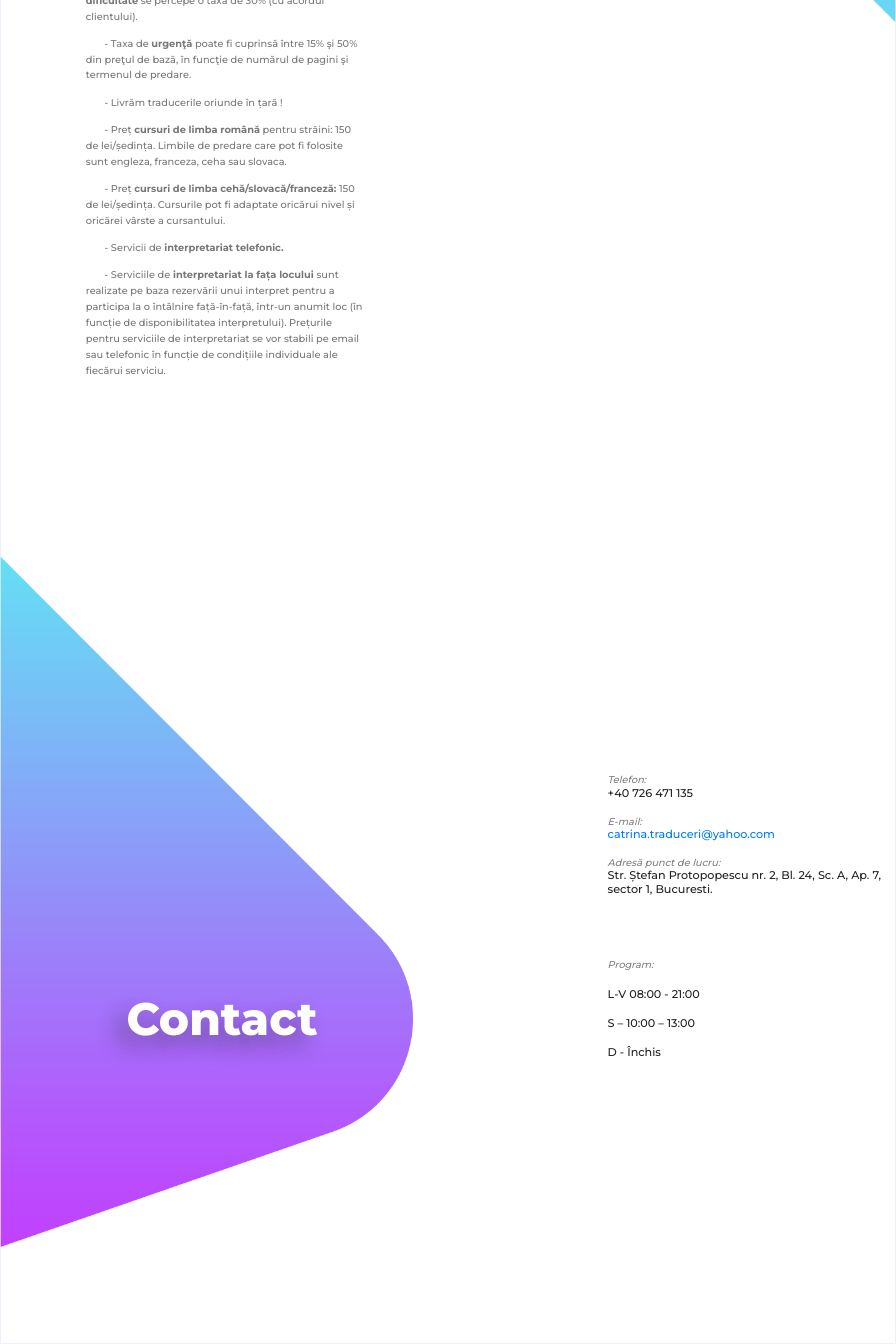
Repository: roscaImarius/site_traduceri
Page: index.html
The author's editor kept a copy of each file at every save. The page is drawn from the files as they stood at one save, then again after the next save.
The browser window is 1280 px wide. The pictures show the part of the page from y = 4490 to 6410 px (the page is 6410 px tall), at 70% of full size.

Above is the page before, as saved 2022-03-22 03:49:51.

### index.html
<!DOCTYPE html>
<html lang="en" class="no-js">
  <head>
    <meta
      name="viewport"
      content="width=device-width, initial-scale=1, shrink-to-fit=no"
    />
    <meta name="author" content="CodePixar" />
    <meta name="description" content="" />
    <meta name="keywords" content="" />
    <meta charset="UTF-8" />

    <title>Traduceri</title>
     <link rel="shortcut icon" href="img/favicon.png">
    <link
      href="https://fonts.googleapis.com/css?family=Montserrat:500,600,700,800,900"
      rel="stylesheet"
    />
    <link
      href="https://fonts.googleapis.com/css?family=Open+Sans:400,600"
      rel="stylesheet"
    />
    <!-- ===========================================
		CSS Files
    ============================================= -->
    <link rel="stylesheet" href="css/font-awesome.min.css" />
    <link rel="stylesheet" href="css/bootstrap.css" />
    <link rel="stylesheet" href="css/main.css" />
  </head>

  <body class="version5" id="top">
    <div class="se-pre-con"></div>

    <!--================ Start Banner Area =================-->
    <section class="home-area" id="home">
      <div class="banner-area relative">
        <div class="container-fluid">
          <div class="row justify-content-center height align-items-center">
            <div class="col-lg-5 col-md-6 col-sm-12">
              <div class="banner-img">
                <img class="img-fluid" src="img/logo.svg" alt="" />
              </div>
            </div>
            <div class="col-lg-5 col-md-6 col-sm-12">
              <div class="banner-content text-right">
                <!-- <h4 class="mb-30 hello text-uppercase text-white">
                  Salut, noi suntem
                </h4> -->
                <h1 class="name">Catrina Traduceri</h1>
                <p class="mt-5 h6 pHome dark">
                  Ne numărăm printre foarte puținii traducători autorizați de
                  Ministerul Justiției din România pentru traduceri din limbile
                  slave, de nisă: cehă, slovacă și ucraineană.
                </p>
              </div>
            </div>
          </div>
        </div>
      </div>
    </section>
    <!--================Header Menu Area =================-->
    <header class="header_area" id="header5">
      <div class="main_menu">
        <nav class="navbar navbar-expand-lg">
          <div class="container-fluid">
            <!-- Brand and toggle get grouped for better mobile display -->
            <a class="navbar-brand logo_h" href="index.html"
              ><img class="logoo" src="img/logo.png" alt=""
            /></a>
            <button
              class="navbar-toggler"
              type="button"
              data-toggle="collapse"
              data-target="#navbarSupportedContent"
              aria-controls="navbarSupportedContent"
              aria-expanded="false"
              aria-label="Toggle navigation"
            >
              <i class="fas fa-bars"></i>
            </button>
            <!-- Collect the nav links, forms, and other content for toggling -->
            <div
              class="collapse navbar-collapse offset"
              id="navbarSupportedContent"
            >
              <ul class="nav navbar-nav menu_nav ml-auto nav5">
                <li class="nav-item active5">
                  <a class="nav-link" href="#home" >Acasă</a>
                </li>
                <li class="nav-item">
                  <a class="nav-link" href="#about" >Despre</a>
                </li>
                <li class="nav-item">
                  <a class="nav-link" href="#educatie"  >Referințe</a>
                </li>
                <li class="nav-item">
                  <a class="nav-link" href="#portfolio" >Prețuri</a>
                </li>
                <li class="nav-item" >
                  <a class="nav-link" href="#contact" >Contact</a>
                </li>
              </ul>

              <!-- SOCIAL MEDIA -->
              <ul class="nav navbar-nav social-icons">
                <li class="nav-item">
                  <a href="https://www.facebook.com/catrina.traduceri">
                    <i class="fab fa-facebook-f"></i>
                  </a>
                </li>
                <li class="nav-item">
                  <a
                    href="https://www.linkedin.com/in/ionut-catrina-405244178/"
                  >
                    <i class="fab fa-linkedin"></i>
                  </a>
                </li>

              </ul>
            </div>
          </div>
        </nav>
      </div>
    </header>

    <!--================ Start About Area =================-->
    <section class="about-area section-gap-top-5 relative" id="about">
      <div class="container-fluid">
        <div class="row row-reverse">
             <div class="megafon"></div>
          <div class="offset-lg-2 col-lg-4 col-md-12">
            <h2 class="heading mb-40">Lucrați cu profesioniști!</h2>
            <p>
              Întreprindere de familie cu capital 100% românesc si cu o
              experiență de peste
              <span style="font-weight: bold">13 ani</span> în domeniul
              traducerilor, activăm cu pasiune, profesionalism și
              responsabilitate și vă oferim traduceri
              <span style="font-weight: bold"> autorizate și legalizate</span>
              în principal din limbi
              <span style="font-weight: bold">slave</span>: cehă, slovacă și
              ucraineană, dar și din cele mai importante limbi de circulație
              internațională: engleza și franceza. <br />
            </p>
            <p>
              Suntem absolvenți ai uneia dintre cele mai bune facultăți a
              Universității din București,<span style="font-weight: bold">
                Facultatea de Limbi și Literaturi străine</span
              >, filologi specializați în domeniul traducerilor ca urmare a
              absolvirii Masteratului de Studii Culturale Slave și Traductologie
              și a numeroase burse de specializare în țările din a căror limbă
              traducem. <br/>
            </p>
              <p>
               Avem o colaborare de lungă durată, bazată pe
               <span style="font-weight: bold">
                profesionalism și seriozitate</span>, cu Birouri Notariale, Instanțe judecătorești, organe de
              urmărire penală, avocați.
              </p>
              <p>

                   Nu ezitați să ne contactați pentru o
                 cotație de preț pentru traduceri autorizate și legalizate din
                 aceste limbi. Lucrând în familie și între prieteni, vă putem
                 garanta prețuri corecte, care ajung într-o proporție echitabilă la
                 traducătorul care le realizează și care are cea mai importantă
                 contribuție la documentul final.
              </p>

            <p>
              Oferim și: <br />
              <span style="font-weight: bold">-cursuri de limbă română</span>
              pentru străini, <br />
              <span style="font-weight: bold"
                >-cursuri de limbă cehă sau limba slovacă</span
              >
              pentru orice nivel de limbă. <br />
            </p>
            <p>
              Ne putem adapta nevoilor Dvs. și vă putem ajuta cu
              <span style="font-weight: bold">training-uri</span> de limbă cehă
              sau slovacă pentru anumite domenii sau specializări.
            </p>
          </div>

          <div class="col-lg-6 p-0 col-md-12">
            <div class="right-side">
              <h2 class="text-white right-heading">Despre</h2>
            </div>
          </div>
        </div>
      </div>
    </section>

    <!--================ Start Experience Area =================-->
    <section class="experience-area relative" id="educatie">
      <div class="container-fluid">
        <div class="row">
          <div class="col-lg-6 p-0 col-md-12">
            <div class="left-side">
              <h2 class="text-white indented cv left-heading">Referințe</h2>
            </div>
          </div>

          <div class="xpDiv col-lg-4 md-mr col-md-12">
            <h2 class="heading mb-80">Clienții noștri</h2>
            <div class="resume-content">
                 <div class="referinteDrawing"></div>
              <div class="work-exp mb-50">
                  <p>Avem o colaborare de lungă durată, bazată pe
                     profesionalism cu:
                  </p>
                  <p> - Birouri Notariale     </p>
                  <p>- Tribunale</p>
                  <p> - Poliția Română</p>
                  <p>- Numeroase birouri de traduceri și firme din toată țara.</p>

                  <!-- În urma absolvirii unui curs specializat, am obținut
                  calificarea de trainer de limba română pentru străini.
                  Experiență în domeniul Proiectelor finanțate din fonduri
                  europene (POSDRU). In perioada 1.7.2010 - 1.11.2013 am ocupat
                  pozitia de Responsabil vizite de studiu – schimb de experiență
                  în cadrul unor proiecte transnaționale (între România și
                  Republica Cehă). -->

              </div>
            </div>
          </div>
        </div>
      </div>
    </section>

    <!--================ Start PRICE Area =================-->
    <section class="price-area section-gap-top-5 relative" id="portfolio">
      <div class="container-fluid">
        <div class="row row-reverse">
          <div class="divFaraPret offset-lg-2 col-lg-4 col-md-12">
               <div class="pretDrawing"></div>
            <h2 class="heading mb-40">Servicii și prețuri</h2>
            <h6 class="mb-4">
              La noi totul este  <span style="font-weight: bold">transparent, clar</span> și pe înțelesul oamenilor! Nu
              doar traducerile și cursurile ci și prețurile!
            </h6>
            <div class="boxPreturi">
              <p>
                Traducere tipizate
                <span style="font-weight: bold">CZ/SK-RO - 45 de lei/pag.</span>
              </p>
              <p>
                Traducere documente obișnuite
                <span style="font-weight: bold">CZ/SK-RO - 50 de lei/pag.</span>
              </p>
              <p>
                Traducere documente juridice/medicale/financiare
                <span style="font-weight: bold">CZ/SK-RO - minim 60 de lei/pag.</span>
              </p>
              <p>
                Retroversiune <span style="font-weight: bold"
                  >RO-CZ/SK - de la 65 de lei.</span
                >
              </p>
              <p><span style="font-weight: bold"
                  >EN/FR - CZ/SK – de la 65 de lei.</span</p>
            </div>
            <div class="preturiInfo">
                 <div class="borderPret">

                      <i><h4 class="mt-5"><b>!!</b></h4></i>
                      <ul style='text-indent: 20pt'>
                         <li>-   Prețurile sunt finale pentru 2000 caractere inclusiv spații/pagină.</li>
                         <li>-  <span> Reducerile</span> sunt negociabile, în funcţie de numărul de pagini şi de data limită, dar nu sunt mai mari de 10% pentru 50 de pagini, 5% pentru 25 de pagini.</li>
                         <li>-Fiecare comandă primeşte cotaţii individuale, în funcţie de solicitările clientului.</li>
                         <li>-  Valoarea minimă a comenzii: 1 pagină.</li>
                      <ul/><br>
                 </div>

                 <div class="servicii">
                         <br/>
                         <div class="serviciih5">

                              <h5 >Servicii</h5>
                         </div>
                         <br>
                         <p>- <span style="font-weight: bold">Corectura:</span>  50% din preturile de mai sus.</p>
                         <p class="">- Oferim <span style="font-weight: bold">servicii de legalizare</span>  la notar public pentru clienţii
                              care doresc traduceri legalizate, taxa percepută pentru acest serviciu fiind de 60 de
                              lei/document (include onorariul notarului).
                         </p>
                         <p>- Pentru traduceri care prezintă un grad ridicat de  <span style="font-weight: bold">dificultate</span>  se percepe
                              o taxă de 30% (cu acordul clientului). </p>
                              <p>- Taxa de <span style="font-weight: bold">urgenţă</span> poate fi cuprinsă între 15% şi 50% din preţul
                              de bază, în funcţie de numărul de pagini şi termenul de predare.
                              </p>
                      <p>

                         - Livrăm traducerile oriunde în țară !
                        </p>
                       <p>- Preț <span style="font-weight: bold">cursuri de limba română</span>  pentru străini: 150 de lei/ședința.
                         Limbile de predare care pot fi folosite sunt engleza, franceza, ceha sau slovaca.
                      </p>
                      <p>- Preț <span style="font-weight: bold">cursuri de limba cehă/slovacă/franceză:</span> 150 de lei/ședința.
                              Cursurile pot fi adaptate oricărui nivel și oricărei vârste a cursantului.
                      </p>
                              <p> - Servicii de <span style="font-weight: bold">interpretariat telefonic.</span>
                              </p>
                         <p> - Serviciile de <span style="font-weight: bold">interpretariat la fața locului </span> sunt realizate pe baza
                                   rezervării unui interpret pentru a participa la o întâlnire față-în-față,
                                   într-un anumit loc (în funcție de disponibilitatea interpretului).
                              Prețurile pentru serviciile de interpretariat se vor stabili pe email sau telefonic
                                   în funcție de condițiile individuale ale fiecărui serviciu.
                         </p>
                         </p>
                 </div>

            </div>
          </div>

          <div class="divPreturi col-lg-6 p-0 col-md-12">
            <div class="right-side">
              <h2 class="text-white right-heading">Prețuri</h2>
            </div>
          </div>
        </div>
      </div>
    </section>

    <!--================ Start CONTACT Area =================-->
    <section class="client-area relative" id="contact">
      <div class="container-fluid">
        <div class="row">
          <div class="col-lg-6 p-0 col-md-12">
            <div class="left-side">
              <h2 class="text-white left-heading">Contact</h2>
            </div>
          </div>

          <div class="contactDiv offset-lg-2 col-lg-4 col-md-12">





                         <div class="form-area text-left">
              <h6><i>Telefon:</i></h6>
              <h5>+40 726 471 135 <br /></h5>
              <br>
            </div>

            <div class="form-area text-left">
              <h6><i>E-mail:</i></h6>
              <h5>

                   <a href="mailto:catrina.traduceri@yahoo.com">catrina.traduceri@yahoo.com</a>
              </h5>
              <br>
            </div>

            <div class="form-area adresa text-left">
              <h6><i>Adresă punct de lucru:</i></h6>
              <h5>
              Str. Ștefan Protopopescu nr. 2, Bl. 24, Sc. A, Ap. 7, sector 1, Bucuresti.
              </h5>

              <br>
              <br>
              <br>

              <br>
              <h6><i>Program:</i></h6>
              <br>
              <h5>L-V 08:00 - 21:00 </h5><br>
              <h5>S – 10:00 – 13:00</h5><br>
              <h5>D - Închis</h5>
            </div>





          </div>






        </div>
      </div>
    </section>

    <!--= Start Scroll to Top Area ########## -->
    <div id="back-top">
      <a title="Go to Top" href="#">
        <i class="fas fa-angle-up"></i>
      </a>
    </div>

    <script src="js/vendor/jquery-2.2.4.min.js"></script>
    <script src="js/popper.min.js"></script>
    <script src="js/vendor/bootstrap.min.js"></script>
    <!-- <script src="js/vendor/mail-script.js"></script> -->
    <script src="js/jquery.ajaxchimp.min.js"></script>
    <script src="js/counter-up.js"></script>
    <script src="js/isotope.pkgd.min.js"></script>
    <script src="js/waypoints.min.js"></script>
    <script src="js/main.js"></script>
  </body>
</html>

Loaded but not shown: css/font-awesome.min.css (library); css/bootstrap.css (library); js/vendor/jquery-2.2.4.min.js (library); js/popper.min.js (library); js/vendor/bootstrap.min.js (library); js/jquery.ajaxchimp.min.js (library); js/isotope.pkgd.min.js (library); js/waypoints.min.js (library); js/main.js (92 lines, source omitted); js/counter-up.js (8 lines, source omitted); css/main.css (1620 lines, source omitted)

After the next save:
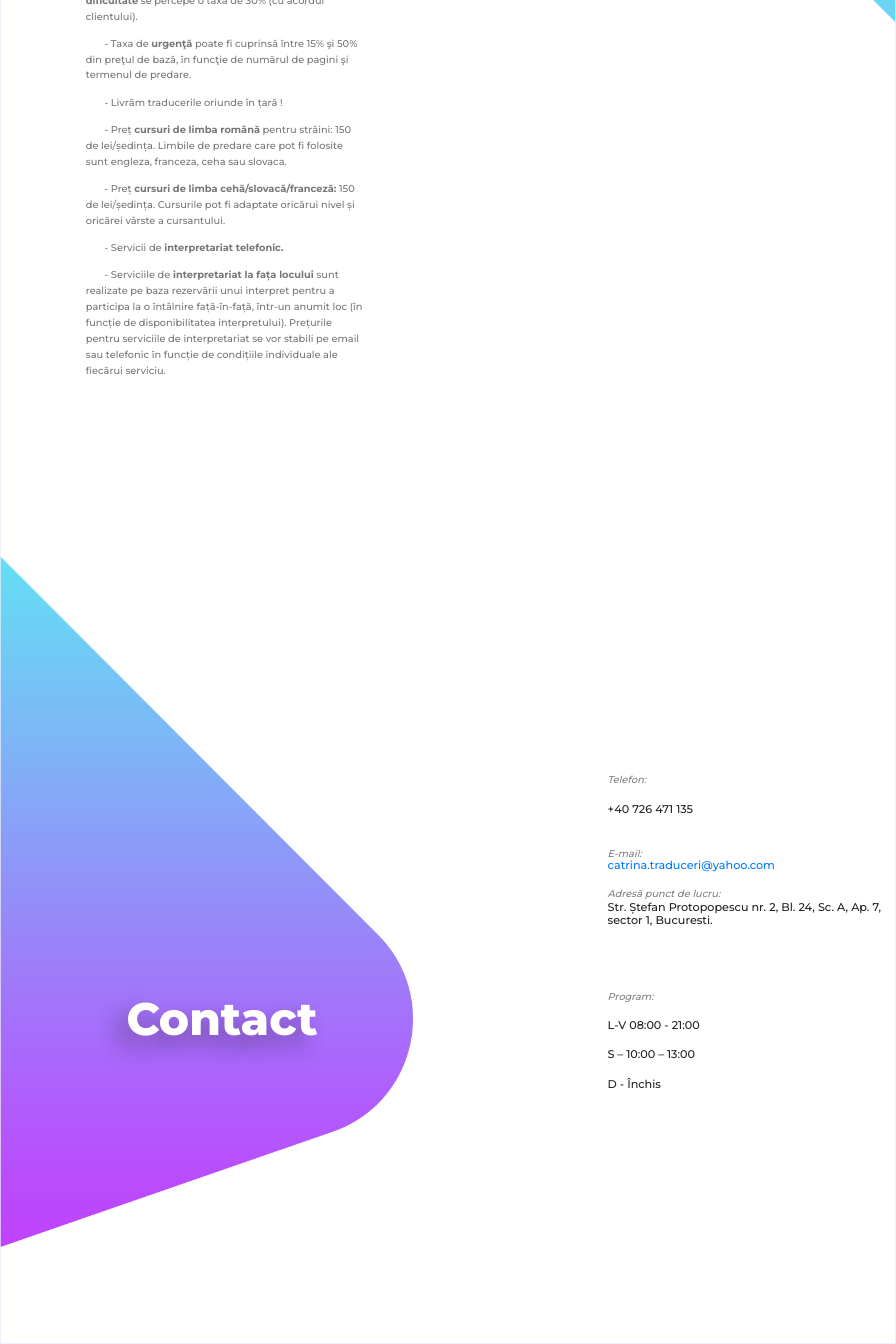
Saved 45 s later.
--- a/index.html
+++ b/index.html
@@ -335,14 +335,11 @@
           </div>
 
           <div class="contactDiv offset-lg-2 col-lg-4 col-md-12">
-
-
-
-
-
-                         <div class="form-area text-left">
+           <div class="form-area text-left">
               <h6><i>Telefon:</i></h6>
+              <br>
               <h5>+40 726 471 135 <br /></h5>
+              <br>
               <br>
             </div>
 
